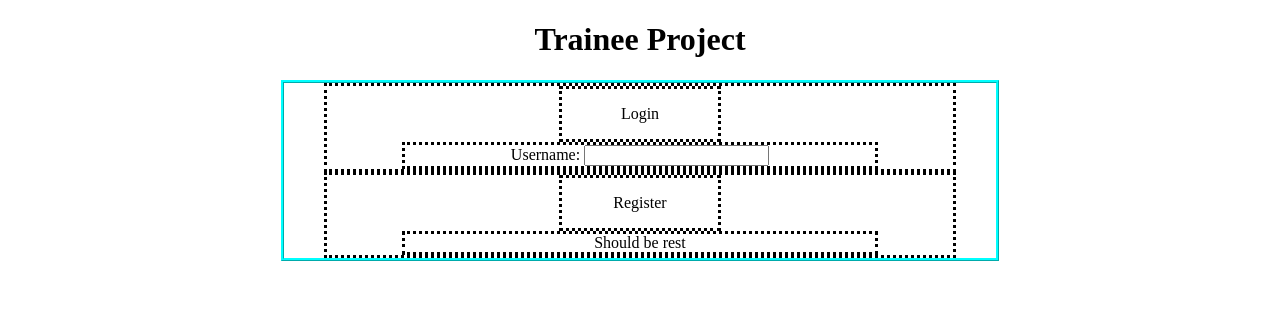
Repository: LsCodeMaster/Training
Page: Trainee/WebContent/trainee.html
An editor plug-in stored every save of this project. The page is shown before and after the next save, followed by the edit.
The browser window is 1280 px wide. The pictures show the whole page.

Above is the page before, as saved 2015-09-15 10:14:35.

After the next save:
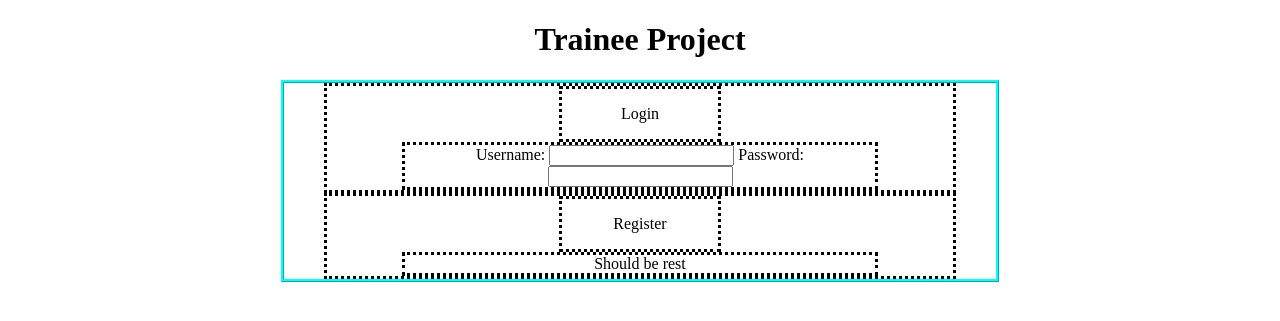
Saved 107 s later.
--- a/Trainee/WebContent/trainee.html
+++ b/Trainee/WebContent/trainee.html
@@ -15,6 +15,7 @@
 			<div class="loginInfo">
 				<form name="login">
 					Username: <input type="text">
+					Password: <input type="password">
 				</form>
 			</div>
 		</div>
